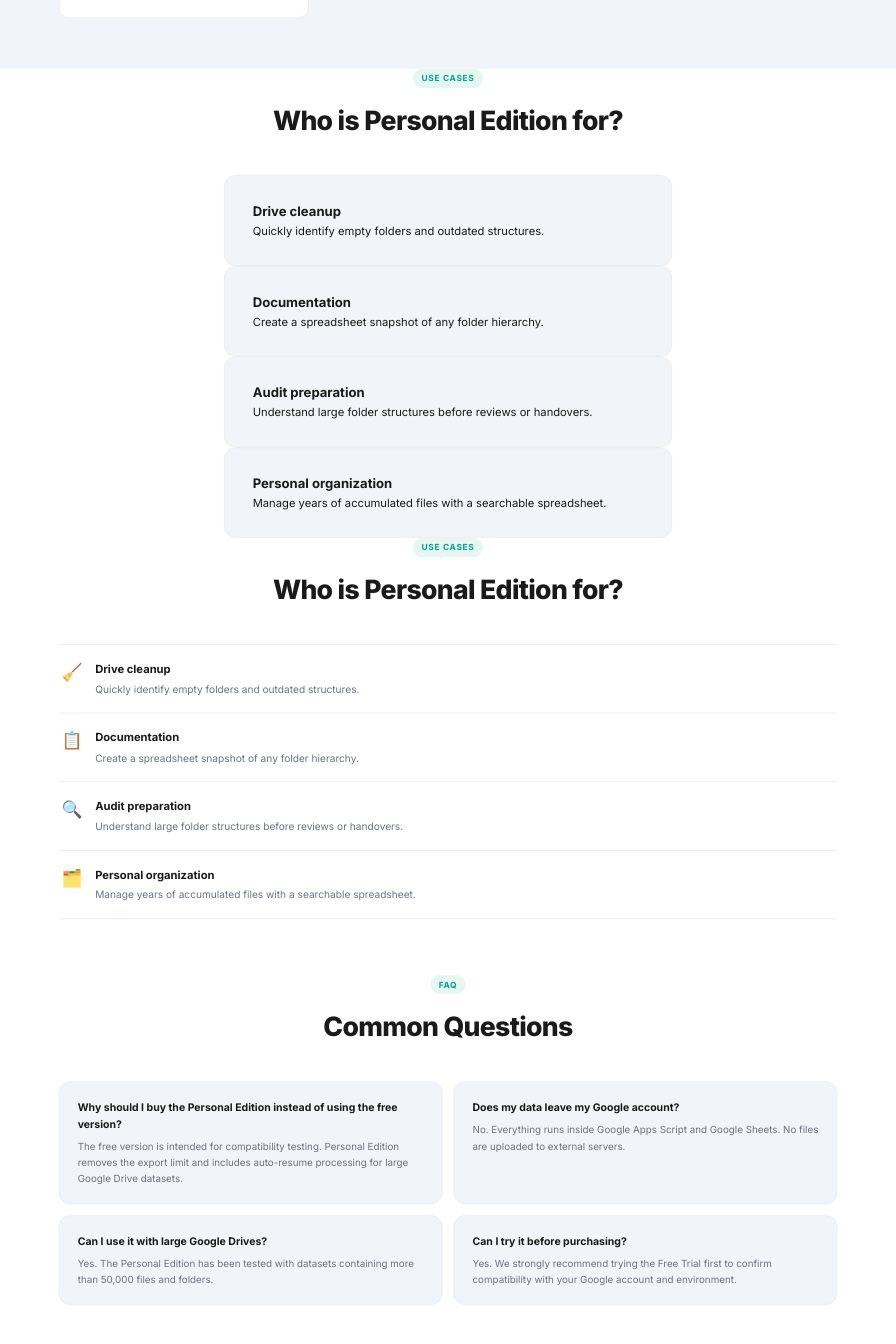
Repository: toishitool/gdrive-to-sheet
Page: personal-edition.html
The author's editor kept a copy of each file at every save. The page is drawn from the files as they stood at one save, then again after the next save.
The browser window is 1280 px wide. The pictures show the part of the page from y = 2743 to 4663 px (the page is 5484 px tall before and 4814 px after), at 70% of full size.
Pictures or frames that could not be fetched are drawn as grey boxes.

Above is the page before, as saved 2026-06-26 20:37:33.

### personal-edition.html
<!DOCTYPE html>
<html lang="en" class="scroll-smooth">

<head>
  <meta charset="UTF-8" />
  <meta name="viewport" content="width=device-width, initial-scale=1.0" />
  <title>Personal Edition – GDrive To Sheet</title>
  <meta name="description"
    content="Unlimited Google Drive exports for individual users. Personal Edition launch pricing — coming soon." />
  <link rel="canonical" href="https://toishitool.github.io/gdrive-to-sheet/personal-edition.html" />

  <link rel="preconnect" href="https://fonts.googleapis.com" />
  <link rel="preconnect" href="https://fonts.gstatic.com" crossorigin />
  <link href="https://fonts.googleapis.com/css2?family=Inter:wght@300;400;500;600;700;800&display=swap"
    rel="stylesheet" />

  <link rel="stylesheet" href="style.css">
</head>

<body>
  <div id="header-container"></div>
  <section class="hero grid-bg" aria-label="Personal Edition" style="
    background-color: var(--primary-light);
">


    <img src="images/Macbook_Air_M2_Silver_Flatten.png" alt="Google Sheet Copy Document Interface" style="
    position: absolute;
    top: 34%;
    left: 53%;
    transform: translate(-50%, -50%);
    width: 60%;
    height: auto;
    opacity: 0.15;
    z-index: 0;
    pointer-events: none;
    max-height: 400px;
    min-height: 300px;
    mix-blend-mode: multiply;
  ">


    <div class="container">
      <div class="hero-grid">

        <div class="hero-copy">
          <span class="eyebrow">GDrive To Sheet</span>
          <h1>Personal Edition</h1>
          <p class="sub">Unlimited Google Drive exports for individual users who need more than the free version.</p>
          <div class="feature-container">
            <ul class="feature-list">
              <li><svg width="17" height="17" fill="none" stroke="currentColor" stroke-width="2.5" viewBox="0 0 24 24">
                  <polyline points="20 6 9 17 4 12" />
                </svg> Unlimited exports</li>
              <li style="display: block;">
                <div style="display: flex; align-items: center; gap: 10px;">
                  <svg width="15" height="15" fill="none" stroke="var(--primary)" stroke-width="2.5"
                    viewBox="0 0 24 24">
                    <polyline points="20 6 9 17 4 12" />
                  </svg>
                  <span>All core features included</span>
                </div>
                <ul
                  style="list-style: none; padding-left: 25px; margin-top: 10px; margin-bottom: 16px; display: flex; flex-direction: column; gap: 12px;">
                  <li style="display: flex; align-items: center; gap: 10px; font-size: 14px;">
                    <span
                      style="width: 6px; height: 6px; background-color: var(--primary); border-radius: 50%; flex-shrink: 0;"></span>
                    <span>Folder tree export</span>
                  </li>
                  <li style="display: flex; align-items: center; gap: 10px; font-size: 14px;">
                    <span
                      style="width: 6px; height: 6px; background-color: var(--primary); border-radius: 50%; flex-shrink: 0;"></span>
                    <span>New file highlighting</span>
                  </li>
                  <li style="display: flex; align-items: center; gap: 10px; font-size: 14px;">
                    <span
                      style="width: 6px; height: 6px; background-color: var(--primary); border-radius: 50%; flex-shrink: 0;"></span>
                    <span>Size heatmap</span>
                  </li>
                  <li style="display: flex; align-items: center; gap: 10px; font-size: 14px;">
                    <span
                      style="width: 6px; height: 6px; background-color: var(--primary); border-radius: 50%; flex-shrink: 0;"></span>
                    <span>Grouping features</span>
                  </li>
                </ul>
              </li>
              <li><svg width="17" height="17" fill="none" stroke="currentColor" stroke-width="2.5" viewBox="0 0 24 24">
                  <polyline points="20 6 9 17 4 12" />
                </svg> Auto-resume processing</li>
              <li><svg width="17" height="17" fill="none" stroke="currentColor" stroke-width="2.5" viewBox="0 0 24 24">
                  <polyline points="20 6 9 17 4 12" />
                </svg> Tested on datasets with 50,000+ items</li>
              <li><svg width="17" height="17" fill="none" stroke="currentColor" stroke-width="2.5" viewBox="0 0 24 24">
                  <polyline points="20 6 9 17 4 12" />
                </svg> Single user license</li>

            </ul>
          </div>
        </div>
        <div class="price-card">
          <span class="price-card-badge">Most Popular</span>
          <div class="price-name">Personal Edition</div>
          <div class="price-amount">
            <span class="price-now">$29</span>
            <span class="price-was">$49</span>
          </div>
          <div class="price-label-row">
            <span class="launch">🎉 Launch Price</span>
          </div>
          <div class="launch-notice">
            <small> Available until the earlier of: <strong>first 100 customers</strong> or <strong>December 31,
                2026</strong>. </small>
          </div>
          <div class="price-divider"></div>

          <div class="coming-soon">
            <span class="cs-icon">⏳</span>
            <div>
              <h3>Coming Soon</h3>
              <p>Payment processing is currently being finalized. Join the waitlist below and we'll notify you the
                moment checkout opens.</p>
            </div>
          </div>


          <div class="highlight-card light-notice">
            <span class="cs-icon">⚠️</span>
            <div>
              <h3>Important</h3>
              <p>
                GDrive To Sheet runs through Google Apps Script inside Google Sheets.
              </p>

              <ul>
                <li>Desktop browser required (Windows / Mac / Chromebook)</li>
                <li>Google account required</li>
                <li>Smartphone and tablet execution is not supported</li>
              </ul>
            </div>
          </div>

          <div class="policy-section">
            <h2>Before You Purchase</h2>
            <p>Please review the following before purchasing:</p>
            <ul>
              <li>Optimized for personal Google accounts and small-team environments.</li>
              <li>Google Workspace organizations may apply administrator policies that affect functionality.</li>
              <li>
                <div>Please verify compatibility using <a href="free-download.html"
                    class="hover-underline bg-highlight"><strong style="color: var(--primary-dark);">Free
                      Version</strong></a> before purchasing.</div>
              </li>

            </ul>
          </div>

          <a href="#waitlist" class="btn btn-primary price-card-btn">Join the Waitlist</a>
          <a href="#waitlist" class="price-secondary-link">Need help deciding? Contact us</a>
        </div>
      </div>
    </div>
  </section>






<section class="why-upgrade reveal">
  <div class="container">
    <div class="why-upgrade-grid">

      <div class="section-header why-upgrade-header">
        <span class="eyebrow">Why Upgrade?</span>
        <h2>Everything you need for large Google Drive exports</h2>
        <p>
          The Personal Edition removes the limits of the free version while keeping
          the same simple workflow inside Google Sheets.
        </p>
      </div>

      <ul class="upgrade-reason-list">
        <li class="upgrade-reason">
          <span class="reason-index">01</span>
          <div class="reason-body">
            <h3>Unlimited exports</h3>
            <p>Process your entire Google Drive instead of stopping after the trial limit.</p>
          </div>
        </li>
        <li class="upgrade-reason">
          <span class="reason-index">02</span>
          <div class="reason-body">
            <h3>Auto-resume</h3>
            <p>Large exports automatically pause and continue without starting over.</p>
          </div>
        </li>
        <li class="upgrade-reason">
          <span class="reason-index">03</span>
          <div class="reason-body">
            <h3>Advanced analysis</h3>
            <p>Highlight new files, detect empty folders, group data, and visualize storage usage.</p>
          </div>
        </li>
        <li class="upgrade-reason">
          <span class="reason-index">04</span>
          <div class="reason-body">
            <h3>Built for large drives</h3>
            <p>Tested with datasets containing more than 50,000 files and folders.</p>
          </div>
        </li>
      </ul>

    </div>
  </div>
</section>

<section class="comparison reveal">
  <div class="container">
    <div class="section-header">
      <span class="eyebrow">Comparison</span>
      <h2>Free Trial vs Personal Edition</h2>
    </div>

    <div class="compare-table-wrap">
      <table class="comparison-table">
        <thead>
          <tr>
            <th>Feature</th>
            <th>Free Trial</th>
            <th>Personal Edition</th>
          </tr>
        </thead>
        <tbody>
          <tr>
            <td>Maximum export</td>
            <td class="cell-muted">50 items</td>
            <td class="cell-highlight">Unlimited</td>
          </tr>
          <tr>
            <td>Folder tree export</td>
            <td class="cell-check"><svg width="15" height="15" fill="none" stroke="currentColor" stroke-width="3" viewBox="0 0 24 24"><polyline points="20 6 9 17 4 12" /></svg></td>
            <td class="cell-check"><svg width="15" height="15" fill="none" stroke="currentColor" stroke-width="3" viewBox="0 0 24 24"><polyline points="20 6 9 17 4 12" /></svg></td>
          </tr>
          <tr>
            <td>New file highlighting</td>
            <td class="cell-check"><svg width="15" height="15" fill="none" stroke="currentColor" stroke-width="3" viewBox="0 0 24 24"><polyline points="20 6 9 17 4 12" /></svg></td>
            <td class="cell-check"><svg width="15" height="15" fill="none" stroke="currentColor" stroke-width="3" viewBox="0 0 24 24"><polyline points="20 6 9 17 4 12" /></svg></td>
          </tr>
          <tr>
            <td>Size heatmap</td>
            <td class="cell-check"><svg width="15" height="15" fill="none" stroke="currentColor" stroke-width="3" viewBox="0 0 24 24"><polyline points="20 6 9 17 4 12" /></svg></td>
            <td class="cell-check"><svg width="15" height="15" fill="none" stroke="currentColor" stroke-width="3" viewBox="0 0 24 24"><polyline points="20 6 9 17 4 12" /></svg></td>
          </tr>
          <tr>
            <td>Grouping</td>
            <td class="cell-check"><svg width="15" height="15" fill="none" stroke="currentColor" stroke-width="3" viewBox="0 0 24 24"><polyline points="20 6 9 17 4 12" /></svg></td>
            <td class="cell-check"><svg width="15" height="15" fill="none" stroke="currentColor" stroke-width="3" viewBox="0 0 24 24"><polyline points="20 6 9 17 4 12" /></svg></td>
          </tr>
          <tr class="row-diff">
            <td>Auto-resume</td>
            <td class="cell-x"><svg width="14" height="14" fill="none" stroke="currentColor" stroke-width="3" viewBox="0 0 24 24"><line x1="18" y1="6" x2="6" y2="18" /><line x1="6" y1="6" x2="18" y2="18" /></svg></td>
            <td class="cell-check"><svg width="15" height="15" fill="none" stroke="currentColor" stroke-width="3" viewBox="0 0 24 24"><polyline points="20 6 9 17 4 12" /></svg></td>
          </tr>
        </tbody>
      </table>
    </div>
  </div>
</section>

  <section class="usecases reveal" id="ひながたs" aria-labelledby="use-heading">
    <div class="container">
      <div class="section-header">
        <span class="eyebrow">Use Cases</span>
        <h2 id="use-heading">Perfect For</h2>
      </div>
      <div class="use-grid">
        <div class="use-card">
          <span class="use-icon">🧹</span>
          <h3>Drive cleanup</h3>
          <p>Quickly identify empty folders and outdated structures.</p>
        </div>
        <div class="use-card">
          <span class="use-icon">📋</span>
          <h3>Documentation</h3>
          <p>Create a spreadsheet snapshot of any folder hierarchy.</p>
        </div>
        <div class="use-card">
          <span class="use-icon">🔍</span>
          <h3>Audit preparation</h3>
          <p>Understand large folder structures before reviews or handovers.</p>
        </div>
        <div class="use-card">
          <span class="use-icon">🗂️</span>
          <h3>Personal organization</h3>
          <p>Manage years of accumulated files with a searchable spreadsheet.</p>
        </div>

      </div>
    </div>
  </section>
<section class="use-cases reveal">
  <div class="container">

    <div class="section-header">
      <span class="eyebrow">Use Cases</span>
      <h2>Who is Personal Edition for?</h2>
    </div>

    <div class="feature-grid">

      <div class="feature-card">
        <h3>Drive cleanup</h3>
        <p>Quickly identify empty folders and outdated structures.</p>
      </div>

      <div class="feature-card">
        <h3>Documentation</h3>
        <p>Create a spreadsheet snapshot of any folder hierarchy.</p>
      </div>

      <div class="feature-card">
        <h3>Audit preparation</h3>
        <p>Understand large folder structures before reviews or handovers.</p>
      </div>

      <div class="feature-card">
        <h3>Personal organization</h3>
        <p>Manage years of accumulated files with a searchable spreadsheet.</p>
      </div>

    </div>

  </div>
</section>
<section class="use-cases reveal">
  <div class="container">

    <div class="section-header">
      <span class="eyebrow">Use Cases</span>
      <h2>Who is Personal Edition for?</h2>
    </div>

    <div class="usecase-row-list">

      <div class="usecase-row">
        <span class="usecase-icon">🧹</span>
        <div class="usecase-text">
          <h3>Drive cleanup</h3>
          <p>Quickly identify empty folders and outdated structures.</p>
        </div>
      </div>

      <div class="usecase-row">
        <span class="usecase-icon">📋</span>
        <div class="usecase-text">
          <h3>Documentation</h3>
          <p>Create a spreadsheet snapshot of any folder hierarchy.</p>
        </div>
      </div>

      <div class="usecase-row">
        <span class="usecase-icon">🔍</span>
        <div class="usecase-text">
          <h3>Audit preparation</h3>
          <p>Understand large folder structures before reviews or handovers.</p>
        </div>
      </div>

      <div class="usecase-row">
        <span class="usecase-icon">🗂️</span>
        <div class="usecase-text">
          <h3>Personal organization</h3>
          <p>Manage years of accumulated files with a searchable spreadsheet.</p>
        </div>
      </div>

    </div>

  </div>
</section>

<section class="faq reveal" id="faq" aria-labelledby="faq-heading">
  <div class="container">

    <div class="section-header">
      <span class="eyebrow">FAQ</span>
      <h2 id="faq-heading">Common Questions</h2>
    </div>

    <div class="faq-grid">

      <div class="faq-item">
        <h3>Why should I buy the Personal Edition instead of using the free version?</h3>
        <p>
          The free version is intended for compatibility testing. Personal Edition removes
          the export limit and includes auto-resume processing for large Google Drive datasets.
        </p>
      </div>

      <div class="faq-item">
        <h3>Does my data leave my Google account?</h3>
        <p>
          No. Everything runs inside Google Apps Script and Google Sheets. No files are uploaded to external servers.
        </p>
      </div>

      <div class="faq-item">
        <h3>Can I use it with large Google Drives?</h3>
        <p>
          Yes. The Personal Edition has been tested with datasets containing more than
          50,000 files and folders.
        </p>
      </div>

      <div class="faq-item">
        <h3>Can I try it before purchasing?</h3>
        <p>
          Yes. We strongly recommend trying the Free Trial first to confirm compatibility
          with your Google account and environment.
        </p>
      </div>

    </div>
  </div>
</section>










  <section class="waitlist" id="waitlist" aria-labelledby="waitlist-heading" style="
    padding: 32px 0;
">
    <div class="container">
      <div class="waitlist-card">
        <div class="w-icon">📬</div>
        <h2 id="waitlist-heading">Join the Waitlist</h2>
        <p class="desc">Be the first to know when Personal Edition becomes available.
          Early-access pricing is planned for waitlist members.</p>

        <form class="waitlist-form" id="waitlist-form"
          action="https://docs.google.com/forms/d/e/1FAIpQLSe7KbdaFORFnTP64CwD7AC8NbCqmuysNHLGelfU1iEScVxCIA/formResponse"
          method="POST" target="hidden_iframe">

          <input type="email" name="entry.1918369019" placeholder="you@example.com" required
            aria-label="Email address" />
          <button type="submit" class="btn btn-primary">Notify Me</button>
        </form>
        <iframe name="hidden_iframe" id="hidden_iframe" style="display:none;"></iframe>


        <div class="waitlist-success" id="waitlist-success" style="display:none;">
          <svg width="16" height="16" fill="none" stroke="currentColor" stroke-width="2.5" viewBox="0 0 24 24">
            <polyline points="20 6 9 17 4 12" />
          </svg>
          Thanks! We'll email you when checkout opens.
        </div>

        <!-- 4. JavaScript処理 -->
        <p class="waitlist-note">No spam. One email when Personal Edition launches.</p>
        <div class="waitlist-divider">OR</div>
        <p style="font-size:14px;color:var(--text-muted);">
          Have a question before then? <a href="mailto:toishitool@gmail.com" class="contact-link">Contact us
            directly</a>
        </p>
      </div>
    </div>
  </section>


  <div id="notice-container" class="notice-container"></div>
  <div id="footer-container"></div>
  <script src="js/common.js"></script>



</body>

</html>

### header.html
<nav aria-label="Main navigation">
  <div class="nav-inner">
    <a href="index.html" class="nav-logo">
      <img src="images/logo_gdrivetosheet.png" alt="GDrive To Sheet" />
    </a>
    <a href="index.html" class="nav-back hover-underline">
      <svg width="14" height="14" fill="none" stroke="currentColor" stroke-width="2.5" viewBox="0 0 24 24"><polyline points="15 18 9 12 15 6"/></svg>
      Back to Home
    </a>
  </div>
</nav>

### footer.html
<footer role="contentinfo" class="footer">
  <div class="container">
    <div class="footer-inner">
      <a href="index.html" class="footer-logo">
        <img src="images/logo_gdrivetosheet_dk.png" alt="GDrive To Sheet Home" />
      </a>

      <div class="footer-links">
        <a href="privacy-policy.html">Privacy Policy</a>
        <a href="terms.html">Terms of Use</a>
        <a href="license.html">License Terms</a>
        <a href="refund-policy.html">Refund Policy</a>
        <a href="contact.html">Contact</a>
        <a href="support.html">Support &amp; FAQ</a>
      </div>

      <div class="footer-bottom-text">
        <span class="footer-copy">Independent software by ToishiTool</span>
        <span class="footer-copy">
          © <span id="year"></span> ToishiTool. All rights reserved.
        </span>

        <script>
          document.getElementById("year").textContent =
            new Date().getFullYear();
        </script>
      </div>
    </div>
  </div>
</footer>

### notice.html

<div class="notice-block">
  <p> <img src="https://cdn.jsdelivr.net/gh/twitter/twemoji@14.0.2/assets/72x72/1f4bb.png" alt="💻" style="width: 1em; height: 1em; vertical-align: -0.1em;">
     <strong>Desktop only:</strong> </p><p>Setup and execution require Google Sheets on a desktop browser. Mobile/SP/tablet execution is NOT supported. </p>
    <p><img src="https://fonts.gstatic.com/s/e/notoemoji/latest/1f54a/emoji.svg" alt="🕊️" style="width: 1em; height: 1em; vertical-align: -0.1em;">
      <strong>Independent Software Notice:</strong> </p><p>GDrive To Sheet is an independent standalone utility
      product. It is NOT structurally affiliated with, endorsed by, or sponsored by Google LLC. Google Drive™, Google
      Sheets™, and Google Workspace™ are trademarks of Google LLC.</p>
  </div>

Loaded but not shown: js/common.js (228 lines, source omitted); style.css (3646 lines, source omitted)

After the next save:
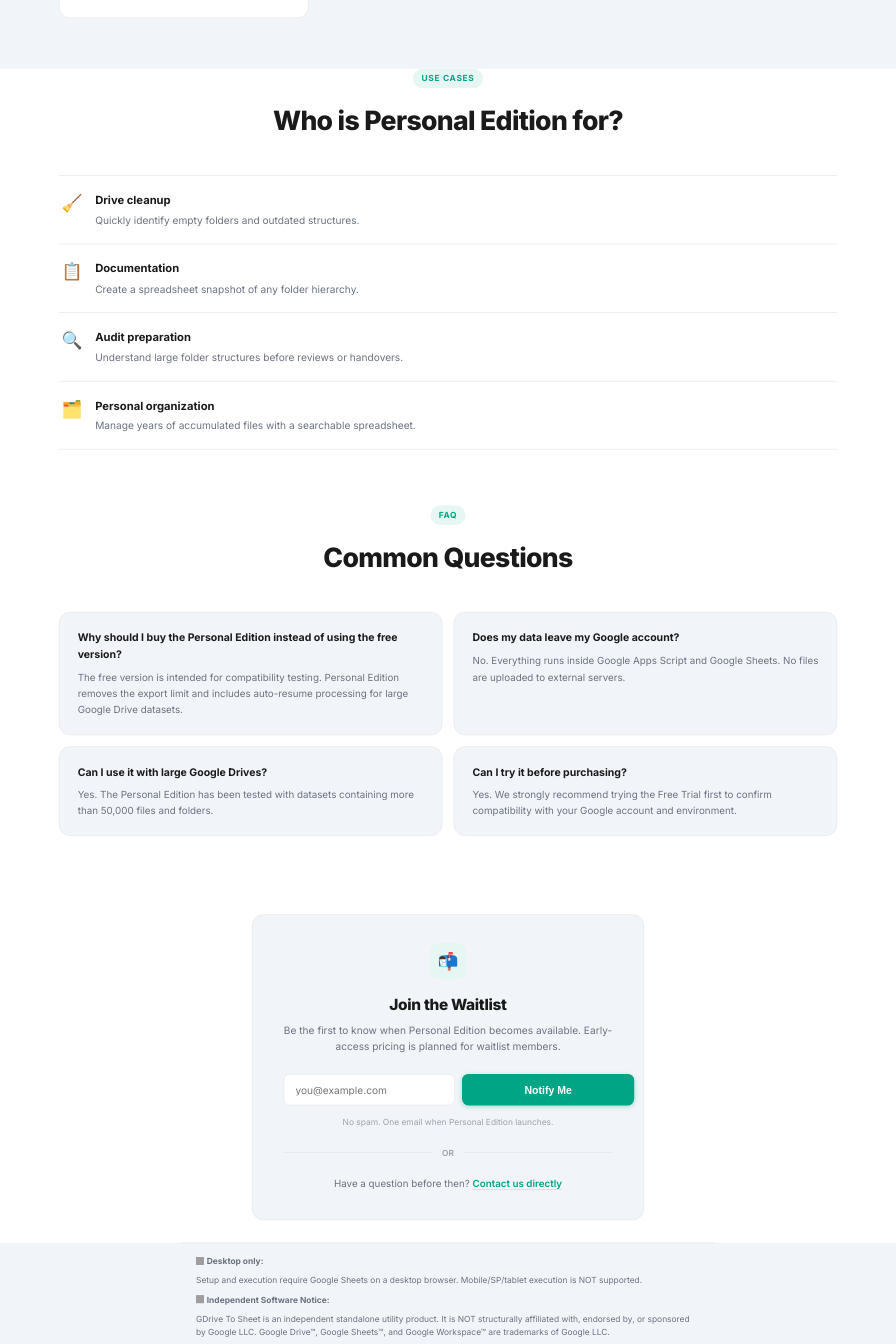
Saved 110 s later.
--- a/personal-edition.html
+++ b/personal-edition.html
@@ -298,40 +298,7 @@
       </div>
     </div>
   </section>
-<section class="use-cases reveal">
-  <div class="container">
-
-    <div class="section-header">
-      <span class="eyebrow">Use Cases</span>
-      <h2>Who is Personal Edition for?</h2>
-    </div>
-
-    <div class="feature-grid">
-
-      <div class="feature-card">
-        <h3>Drive cleanup</h3>
-        <p>Quickly identify empty folders and outdated structures.</p>
-      </div>
-
-      <div class="feature-card">
-        <h3>Documentation</h3>
-        <p>Create a spreadsheet snapshot of any folder hierarchy.</p>
-      </div>
-
-      <div class="feature-card">
-        <h3>Audit preparation</h3>
-        <p>Understand large folder structures before reviews or handovers.</p>
-      </div>
-
-      <div class="feature-card">
-        <h3>Personal organization</h3>
-        <p>Manage years of accumulated files with a searchable spreadsheet.</p>
-      </div>
-
-    </div>
-
-  </div>
-</section>
+
 <section class="use-cases reveal">
   <div class="container">
 
